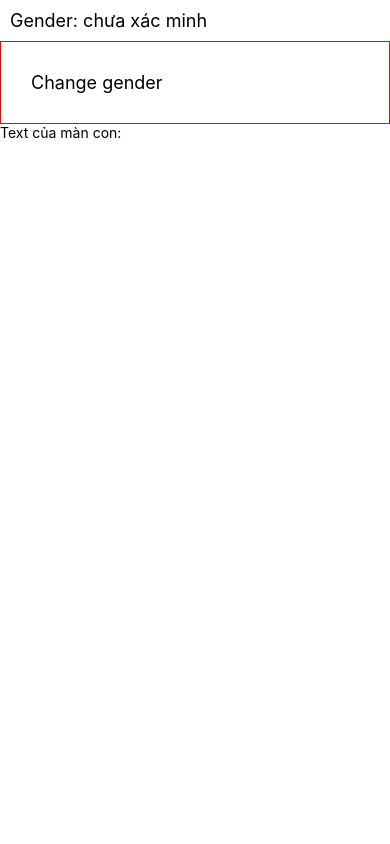
Repository: web345/test
Screen: /
The author's editor kept a copy of each file at every save. The screen is drawn from the files as they stood at one save, then again after the next save.
The app was drawn by React Native's web renderer in a window 390 px wide. The project was rebuilt for these pictures with package versions that can differ from the ones it lists, and the page was loaded fresh each time.

Above is the screen before, as saved 2021-08-17 14:30:41.

### App.js
import React, {useState} from 'react'
import { View, Text, TextInput, TouchableOpacity, StyleSheet } from 'react-native'

export default function App() {


  const [gioitinh, setGioitinh]= useState("chưa xác minh");
  const [text1, settext1]= useState(" ");
  return (
    <View>
    <Text style={style.text} >Gender: {gioitinh}</Text>
    <TouchableOpacity style={style.button}><Text style={style.text}>Change gender</Text></TouchableOpacity>
    <Text>Text của màn con: {text1}</Text>
    </View>
  )
}

const style =StyleSheet.create({
  text: {
    fontSize: 18,
    margin: 10,
  },
  button: {
    borderWidth: 1,
    padding: 20,
    borderColor: "red",
  },
});

After the next save:
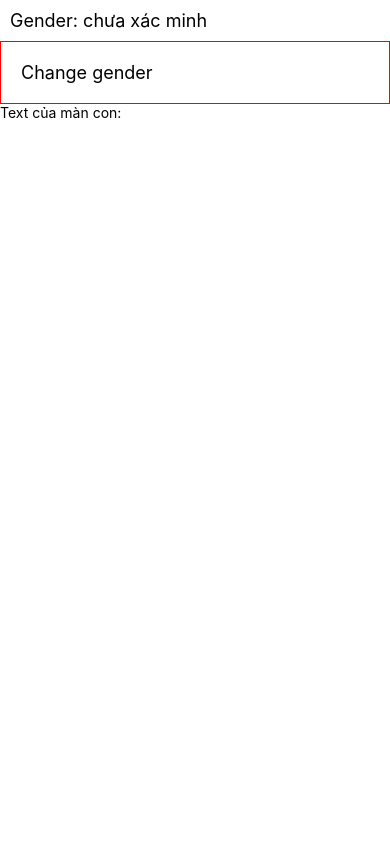
Saved 5 s later.
--- a/App.js
+++ b/App.js
@@ -22,7 +22,7 @@ const style =StyleSheet.create({
   },
   button: {
     borderWidth: 1,
-    padding: 20,
+    padding: 10,
     borderColor: "red",
   },
 });
